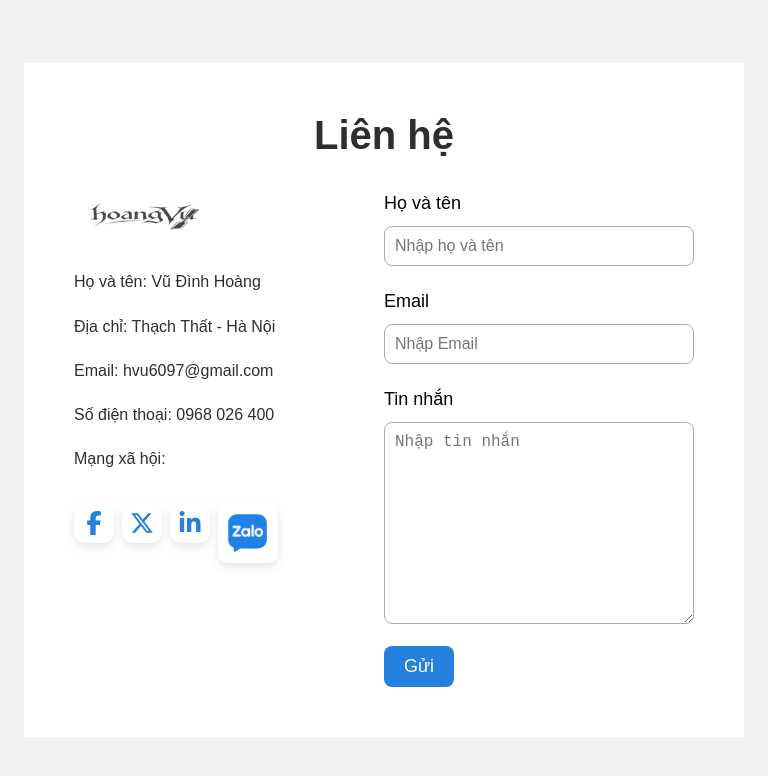
Repository: hoang28092000/portfolio
Page: pages/contact.html
These files come from the project's save history. The page is drawn as it stood at one moment and after the next save; the edit follows.
The browser window is 768 px wide. The pictures show the whole page.

Above is the page before, as saved 2025-04-12 01:07:14.

After the next save:
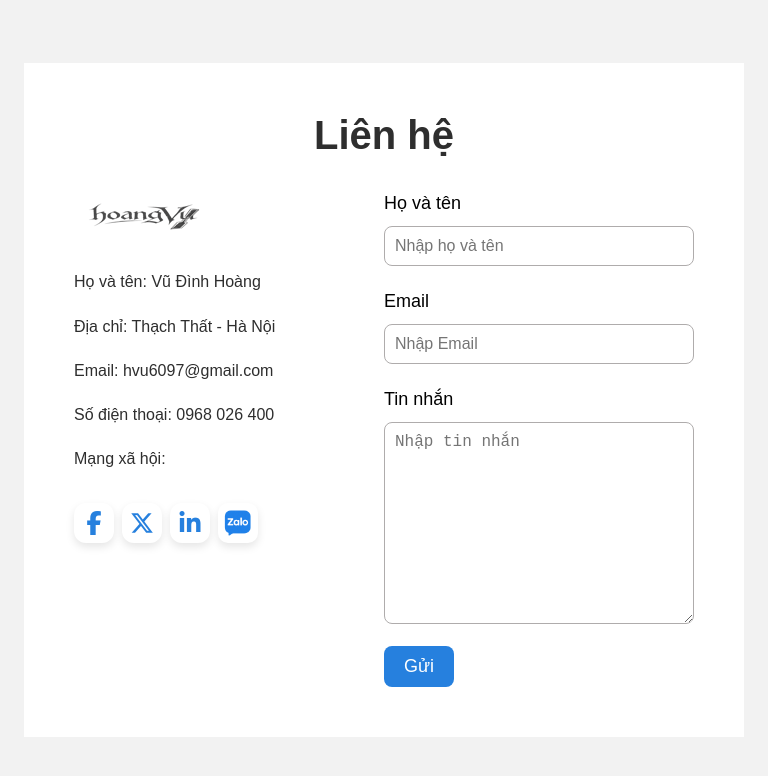
Saved 4 s later.
--- a/css/responsive-pages.css
+++ b/css/responsive-pages.css
@@ -125,7 +125,7 @@
     height: 40px;
     width: 40px;
   }
-  img-social{
+  .img-social{
     width: 40px;
     height: 40px;
   }
